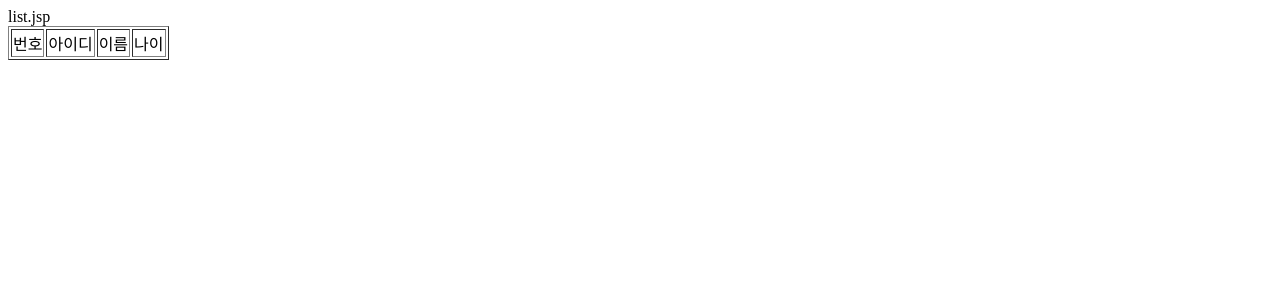
Repository: ChanhoPark-s/academyStudy
Page: http://localhost/11_DB_Person/list
An editor plug-in stored every save of this project. The page is shown before and after the next save, followed by the edit.
The browser window is 1280 px wide. The pictures show the whole page.
The page is served by Tomcat 9. Other server files are loaded and not shown. Queries for data that is not in the repository find no rows.

Above is the page before, as saved 2022-08-22 01:24:17.

### 11_DB_Person/src/main/webapp/WEB-INF/views/list.jsp
<%@ page language="java" contentType="text/html; charset=UTF-8"
    pageEncoding="UTF-8"%>
    <%@ taglib prefix="c" uri="http://java.sun.com/jsp/jstl/core" %>
list.jsp<br>
<table border="1">
	<tr>
		<td>번호</td>
		<td>아이디</td>
		<td>이름</td>
		<td>나이</td>
	</tr>
	<c:forEach var="p" items="${lists }">
		<tr>
			<td>${p.num }</td>
			<td>${p.id }</td>
			<td>${p.name }</td>
			<td>${p.age }</td>
		</tr>
	</c:forEach>

</table>

### 11_DB_Person/src/main/java/com/spring/ex/command/PListCommand.java
package com.spring.ex.command;

import java.util.ArrayList;

import org.springframework.ui.Model;

import com.spring.ex.dao.PDao;
import com.spring.ex.dto.PDto;

public class PListCommand implements PCommand{

	@Override
	public void execute(Model model) {

		PDao dao = PDao.getInstance();
		ArrayList<PDto> lists =  dao.getAllData();
		model.addAttribute("lists",lists);
	}

}

### 11_DB_Person/src/main/java/com/spring/ex/dao/PDao.java
package com.spring.ex.dao;

import java.sql.Connection;
import java.sql.DriverManager;
import java.sql.PreparedStatement;
import java.sql.ResultSet;
import java.sql.SQLException;
import java.util.ArrayList;

import com.spring.ex.dto.PDto;

public class PDao {
	String driver = "oracle.jdbc.driver.OracleDriver";
    String url = "jdbc:oracle:thin:@localhost:1521:orcl";
    String id = "jspid";
    String pw = "jsppw";
    Connection conn = null;
    PreparedStatement ps =null;
    ResultSet rs = null;

	private static PDao instance;

	public static PDao getInstance() {
		if(instance==null) {
			instance = new PDao();
		}
		return instance;
	}

	private PDao(){
        try {
           Class.forName(driver);
           conn = DriverManager.getConnection(url, id, pw);
           System.out.println("연결 성공");
        } catch (ClassNotFoundException | SQLException e) {
           System.out.println("연결 실패");
        }
     }//



	//===========================================================================

	public void write(String id,String name, String age) {

		String sql = "insert into person values(person_seq.nextval,?,?,?)";

		try {
			ps = conn.prepareStatement(sql);

			ps.setString(1, id);
			ps.setString(2, name);
			ps.setString(3, age);

			ps.executeUpdate();

		} catch (SQLException e) {
			System.out.println("write sql error");
		}finally {
			try {
				if(ps!=null)
				ps.close();
			} catch (SQLException e) {
				e.printStackTrace();
			}
		}
	}//write

//============================================================================================

	public ArrayList<PDto> getAllData() {

		ArrayList<PDto> lists = new ArrayList<PDto>();

		String sql = "select * from person order by num";
		try {
			ps = conn.prepareStatement(sql);

			rs = ps.executeQuery();


			while(rs.next()) {
				PDto pdto = new PDto();

				pdto.setNum(rs.getInt("num"));
				pdto.setId(rs.getString("id"));
				pdto.setName(rs.getString("name"));
				pdto.setAge(rs.getInt("age"));

				lists.add(pdto);
			}

		} catch (SQLException e) {
			System.out.println("getAllData sql error");
		} finally {
			try {
				if (rs != null)
					rs.close();
				if (ps != null)
					ps.close();
			} catch (SQLException e) {
				e.printStackTrace();
			}
		}

		return lists;
	}//getAllData

}

After the next save:
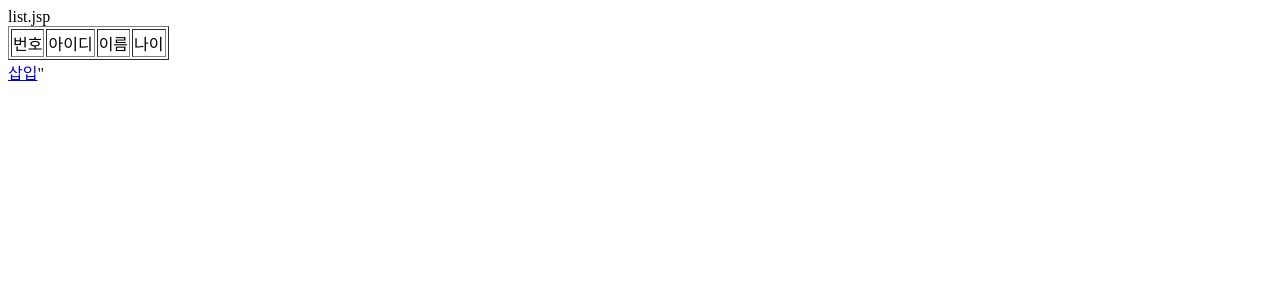
Saved 4 min 57 s later.
--- a/11_DB_Person/src/main/webapp/WEB-INF/views/list.jsp
+++ b/11_DB_Person/src/main/webapp/WEB-INF/views/list.jsp
@@ -19,3 +19,4 @@ list.jsp<br>
 	</c:forEach>
 
 </table>
+<a href="form">삽입</a>"
